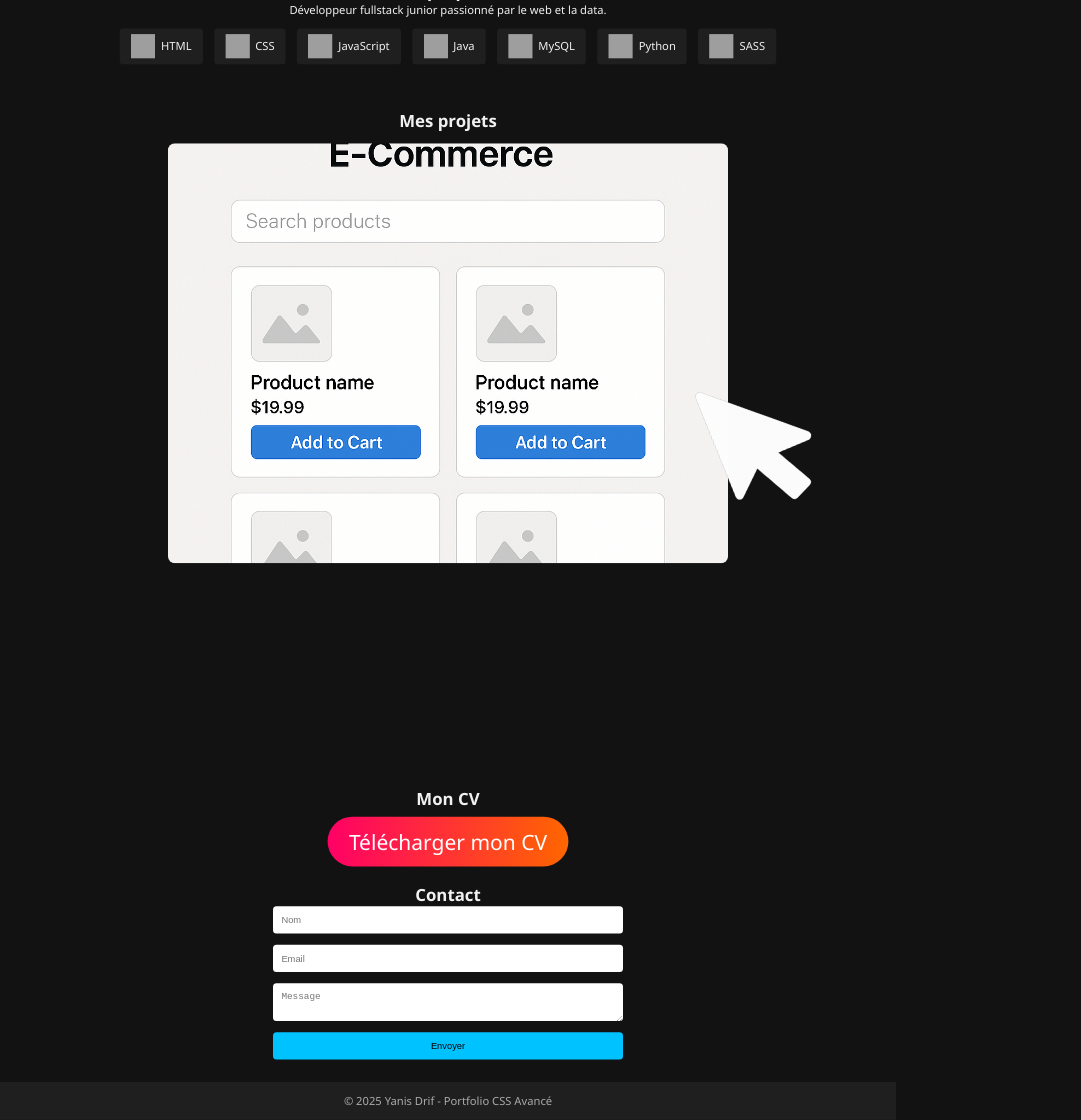
Repository: Yxniiss/ProjetCssAvance
Page: OneDrive/Bureau/Portfolio DrifYanis/home.html
An editor plug-in stored every save of this project. The page is shown before and after the next save, followed by the edit.
The browser window is 1280 px wide. The page is 1544 px wide, so the pictures cover 1544 px, including what lies to the right of the window. The pictures show the part of the page from y = 894 to 2494 px (the page is 2494 px tall before and 2430 px after), at 70% of full size.
Pictures or frames that could not be fetched are drawn as grey boxes.

Above is the page before, as saved 2025-04-10 11:46:37.
Console error: TypeError: Cannot set properties of null (setting 'textContent')

### OneDrive/Bureau/Portfolio DrifYanis/home.html
<!DOCTYPE html>
<html lang="fr">
<head>
  <meta charset="UTF-8" />
  <meta name="viewport" content="width=device-width, initial-scale=1.0" />
  <title>Portfolio - Yanis Drif</title>
  <link rel="stylesheet" href="/style.css" />
  <script defer src="/script.js"></script>
</head>
<body>
  <nav class="navbar">
    <div class="logo">Yanis Drif</div>
    <ul class="nav-links">
      <li><a href="#apropos">À propos</a></li>
      <li><a href="#projets">Projets</a></li>
      <li><a href="#cv">CV</a></li>
      <li><a href="#contact">Contact</a></li>
    </ul>
  </nav>

  <header class="hero">
    <img src="/image/IMG_0965 (2).jpeg" alt="Photo de profil" class="hero__image" />
    <div class="hero__content">
      <h1 class="hero__name">Yanis Drif</h1>
      <p class="hero__tagline">Développeur <span>Web</span> & Passionné de Data</p>
      <p class="hero__desc">Musique 🎧 | Jeux Vidéo 🎮 | Basket 🏀</p>
      <a href="#projets" class="btn">Voir mes projets</a>
    </div>
  </header>

  <section id="apropos" class="section about">
    <h2>À propos</h2>
    <p>Développeur fullstack junior passionné par le web et la data.</p>
    <div class="skills">
      <div class="skill"><img src="https://devicon-website.vercel.app/api/html5/original-wordmark.svg" alt="HTML">HTML</div>
      <div class="skill"><img src="https://devicon-website.vercel.app/api/css3/original-wordmark.svg" alt="CSS">CSS</div>
      <div class="skill"><img src="https://devicon-website.vercel.app/api/javascript/original.svg" alt="JavaScript">JavaScript</div>
      <div class="skill"><img src="https://devicon-website.vercel.app/api/java/original-wordmark.svg" alt="Java">Java</div>
      <div class="skill"><img src="https://devicon-website.vercel.app/api/mysql/plain-wordmark.svg" alt="MySQL">MySQL</div>
      <div class="skill"><img src="https://devicon-website.vercel.app/api/python/original-wordmark.svg" alt="Python">Python</div>
      <div class="skill"><img src="https://devicon-website.vercel.app/api/sass/original.svg" alt="SASS">SASS</div>
    </div>
  </section>

  <section id="projets" class="section projets">
    <h2>Mes projets</h2>
    <div class="projects carousel">
      <img src="image/ChatGPT Image 10 avr. 2025, 11_03_09.png" alt="Projet 1"/>
      <img src="/image/ChatGPT Image 10 avr. 2025, 11_09_31.png" alt="Projet 2" />
      <img src="/image/ChatGPT Image 10 avr. 2025, 11_11_38.png" alt="Projet 3" />
    </div>
    <div class="cursor2">
      <img src="/image/fecd8f8b-00be-49a2-b5b1-3fb5a8c2059e.png">
    </div>
  </section>

  <section id="cv" class="section cv">
    <h2>Mon CV</h2>
    <a href="/doc/CV Yanis (1) (1).pdf" download class="btn2">Télécharger mon CV</a>
  </section>

  <section id="contact" class="section contact">
    <h2>Contact</h2>
    <form class="contact-form">
      <input type="text" placeholder="Nom" required />
      <input type="email" placeholder="Email" required />
      <textarea placeholder="Message" required></textarea>
      <button type="submit">Envoyer</button>
    </form>
  </section>

  <footer>
    <p>&copy; 2025 Yanis Drif - Portfolio CSS Avancé</p>
  </footer>
</body>
</html>

### OneDrive/Bureau/Portfolio DrifYanis/style.css
* {
    margin: 0;
    padding: 0;
    box-sizing: border-box;
  }

  body {
    font-family: "Segoe UI", sans-serif;
    background-color: #121212;
    color: #f1f1f1;
  }


  .navbar {
    display: flex;
    justify-content: space-between;
    padding: 1rem 2rem;
    background-color: #1f1f1f;
  }

  .nav-links {
    display: flex;
    list-style: none;
    gap: 1.5rem;
  }

  .nav-links a {
    color: #00c2ff;
    text-decoration: none;
  }

  .hero {
    padding: 3rem 1rem;
    text-align: center;

  }

  .hero__name{
    position: relative;
    left: 280px;
    bottom:500px;

  }

  .hero__tagline{
    position: relative;
    left:280px;
    bottom:490px;
  }

  .hero__desc{
    position: relative;
    left:280px;
    bottom:490px;}

  .hero__image {
    border-radius: 25%;
    width: 400px;
    border: 1px solid #ffffff;
    margin-bottom: 1rem;
    position: relative;
    right:500px ;
  }

  .section {
    padding: 2rem 1rem;
    text-align: center;
  }

  .projects {
    display: flex;
    justify-content: center;
    gap: 1rem;
    flex-wrap: wrap;
    margin-top: 1rem;
  }

  .projects img {
    width: 800px;
    height: 600px;
    -o-object-fit: cover;
       object-fit: cover;
    border-radius: 10px;
  }

  .cursor2 img{
    width: 250px;
    position:relative;
    bottom:300px;
    left:450px;
    transform: rotate(-15deg);

  }

  .skills {
    display: flex;
    flex-wrap: wrap;
    gap: 1rem;
    justify-content: center;
    margin-top: 1rem;
  }

  .skill {
    display: flex;
    align-items: center;
    gap: 0.5rem;
    background-color: #1f1f1f;
    padding: 0.5rem 1rem;
    border-radius: 5px;
    transition: 0.3s ease, opacity 0.3s ease;
  }

  .skill:hover{
    transform: scale(1.2);
    opacity: 0.8;
  }

  .skill img {
    width: 35px;
    height: 35px;
  }

  footer {
    padding: 1rem;
    text-align: center;
    background-color: #1f1f1f;
    color: #aaa;
  }

  .btn {
    padding: 15px 30px;
    font-size: 30px;
    position: relative;
    left: 300px;
    bottom:150px;
    color:white;
    background: linear-gradient(90deg, #ff0066, #ff6600);
    border:none;
    border-radius: 50px;
    cursor: pointer;
    box-shadow: 0 4px 15px rgba(255,0,102,0);
    transition: box-shadow 0.3s ease, transform 0.3s ease;
    text-decoration: none;
  }

  .btn:hover{
    box-shadow: 0 10px 20px rgba(255,0,102,0.5);
    transform: translateY(-3px);
    text-decoration: none;
  }

  .btn2 {
    padding: 15px 30px;
    font-size: 30px;
    position: relative;
    left: 0px;
    top:25px;
    color:white;
    background: linear-gradient(90deg, #ff0066, #ff6600);
    border:none;
    border-radius: 50px;
    cursor: pointer;
    box-shadow: 0 4px 15px rgba(255,0,102,0);
    transition: box-shadow 0.3s ease, transform 0.3s ease;
    text-decoration: none;
  }

  .btn2:hover{
    box-shadow: 0 10px 20px rgba(255,0,102,0.5);
    transform: translateY(-3px);
    text-decoration: none;
  }


  .contact-form {
    max-width: 500px;
    margin: auto;
    display: flex;
    flex-direction: column;
    gap: 1rem;
  }

  .contact-form input,
  .contact-form textarea {
    padding: 0.75rem;
    border: none;
    border-radius: 5px;
  }

  .contact-form button {
    background-color: #00c2ff;
    color: #000;
    padding: 0.75rem;
    border: none;
    border-radius: 5px;
    cursor: pointer;
  }

  .start h1{
    text-align: left;
    margin-top: 100px;
    font-size: 35px;
    margin-left: 100px;
  }

  .start h2{
    text-align: left;
    margin-top: 1px;
    font-size: 70px;
    margin-left: 100px;
  }

  .start h3{
    text-align: left;
    margin-top: 1px;
    font-size: 35px;
    margin-left: 100px;
  }

  #mot {
    color:#00c2ff;
  }

  #cursor{
    display: inline-block;
    width: 10px;
    background-color:black;
    animation: blink 0.8s step-end infinite;
  }

  @keyframes blink{
    50% {
      opacity: 0;
    }
  }

  @keyframes typing{
    from{
      width: 0;
    }
    to{
      width: 100%;
    }
  }

  #main{
    opacity: 0;
    transform: translateY(0);
    transition: opacity 5s ease, transform 5s ease;
  }

  body.loaded #main{
    opacity: 1;
    transform: translateY(0);
  }


  .start p{
    text-align: left;
    margin-left: 100px;
    margin-top: 20px;
    font-size: 20px;
  }

  .ntwrks {
    position: absolute;
    top: 410px;
    left: 110px;
    display: flex;
    flex-wrap: wrap;
    gap: 1rem;
  }

  .ntwrk {
    display: flex;
    align-items: center;
    gap: 0.5rem;
    background-color: #1f1f1f;
    padding: 1rem 1rem;
    border-radius: 100px;
    transition: 0.3s ease, opacity 0.3s ease;
  }

  .ntwrk:hover{
    transform: scale(1.2);
    opacity: 0.8;
  }

  .ntwrk img {
    width: 30px;
    height: 30px;
  }

  .modern-button{
    background-color:#00c2ff;
    font-size: 16px;
    font-weight: bold;
    border:none;
    padding: 15px 30px;
    border-radius: 25px;
    cursor: pointer;
    outline: none;
    position: relative;
    right:550px;
    top:120px;
    animation:glow 1.5s infinite alternate;
    transition: 0.3s ease, opacity 0.3s ease;
  }

  .modern-button a{
    color:white;
    text-decoration: none;
  }

  .modern-button:hover{
    transform: scale(1.2);
    opacity: 1;
  }

  @keyframes glow{
    0%{
      box-shadow: 0 0 10px 5px rgba(0, 194, 255, 0.6), 0 0 20px 10px rgba(0, 194, 255, 0.4);
    }
    100%{
      box-shadow: 0 0 20px 10px rgba(0, 194, 255, 1), 0 0 30px 15px rgba(0, 194, 255, 0.8);
    }
  }

  .image{
    max-width: 30%;
    position: relative;
    bottom: 350px;
    left: 350px;
  }

### OneDrive/Bureau/Portfolio DrifYanis/script.js

document.addEventListener('DOMContentLoaded', () => {
    // Scroll fluide
    document.querySelectorAll('a[href^="#"]').forEach(anchor => {
      anchor.addEventListener('click', function (e) {
        e.preventDefault();
        const target = document.querySelector(this.getAttribute('href'));
        if (target) {
          target.scrollIntoView({ behavior: 'smooth' });
        }
      });
    });

    // Carrousel automatique
    const images = document.querySelectorAll('.carousel img');
    let currentIndex = 0;

    function showSlide(index) {
      images.forEach((img, i) => {
        img.style.display = i === index ? 'block' : 'none';
      });
    }

    function nextSlide() {
      currentIndex = (currentIndex + 1) % images.length;
      showSlide(currentIndex);
    }

    if (images.length > 0) {
      showSlide(currentIndex);
      setInterval(nextSlide, 3000); // change every 3 seconds
    }
  });

  const mot = ["Etudiant", "Developpeur web", "Pasionné de code","Developpeur fullstack"];
  let index = 0;
  const element = document.getElementById("mot");
  const cursor = document.getElementById("cursor");

  let typingInterval;
  let currentWord = "";
  let currentCharIndex = 0;

  function  commencerTypingAnimation(){
    currentWord=mot[index];
    currentCharIndex = 0;
    element.textContent = '';

    typingInterval = setInterval(() =>{
      element.textContent += currentWord.charAt(currentCharIndex);
      currentCharIndex++;

      if(currentCharIndex === currentWord.length){
        clearInterval(typingInterval);
        setTimeout(changerMot,1000);
      }
    },150);
  }

  function changerMot(){
    element.textContent=mot[index];
    index++;
    if(index===mot.length){
      index=0;
    }
    commencerTypingAnimation();
  }
  commencerTypingAnimation();

  window.addEventListener('load', function () {
    document.body.classList.add('loaded');
  });

After the next save:
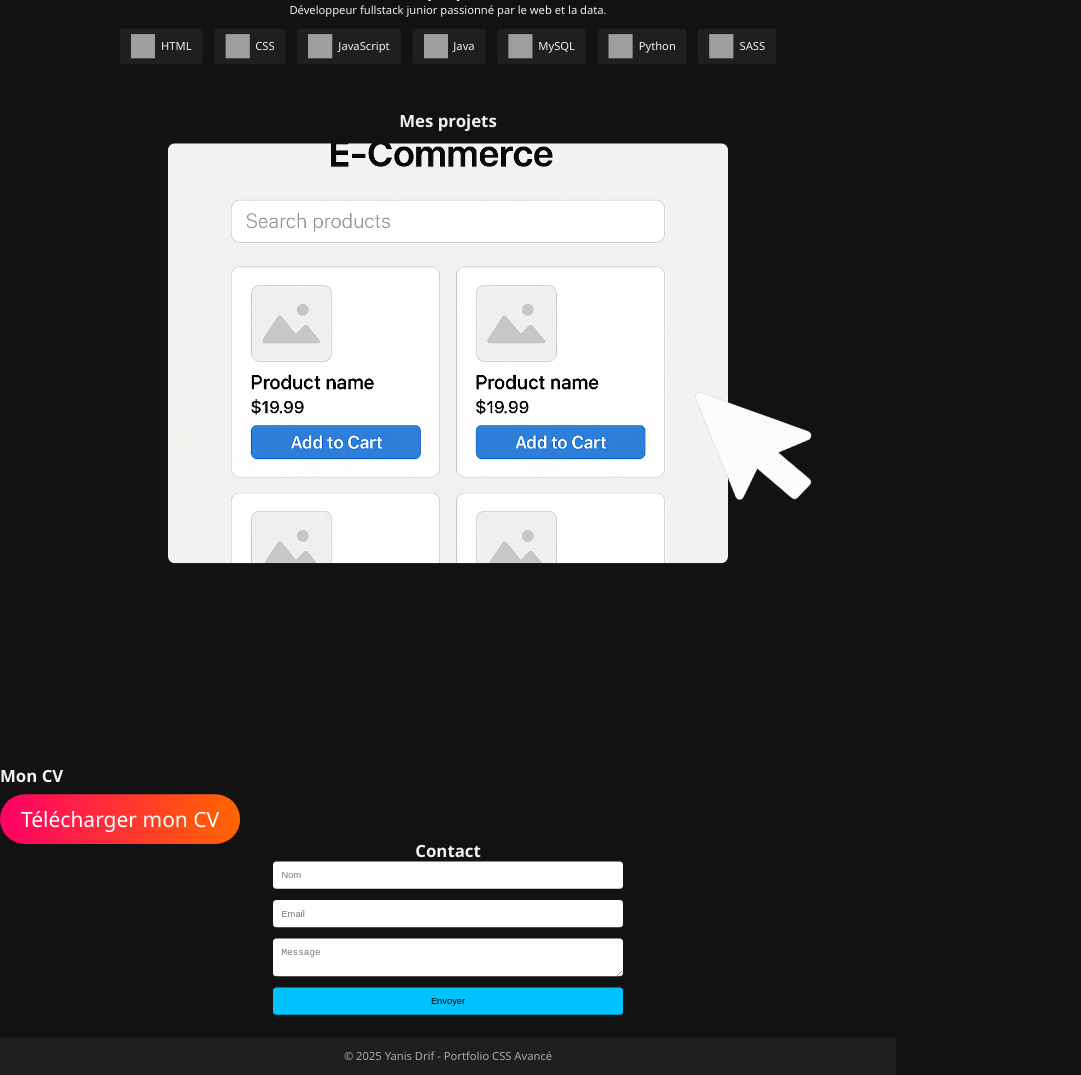
Saved 11 min 4 s later.
--- a/OneDrive/Bureau/Portfolio DrifYanis/home.html
+++ b/OneDrive/Bureau/Portfolio DrifYanis/home.html
@@ -54,7 +54,7 @@
     </div>
   </section>
 
-  <section id="cv" class="section cv">
+  <section id="cv" class="section_cv">
     <h2>Mon CV</h2>
     <a href="/doc/CV Yanis (1) (1).pdf" download class="btn2">Télécharger mon CV</a>
   </section>
